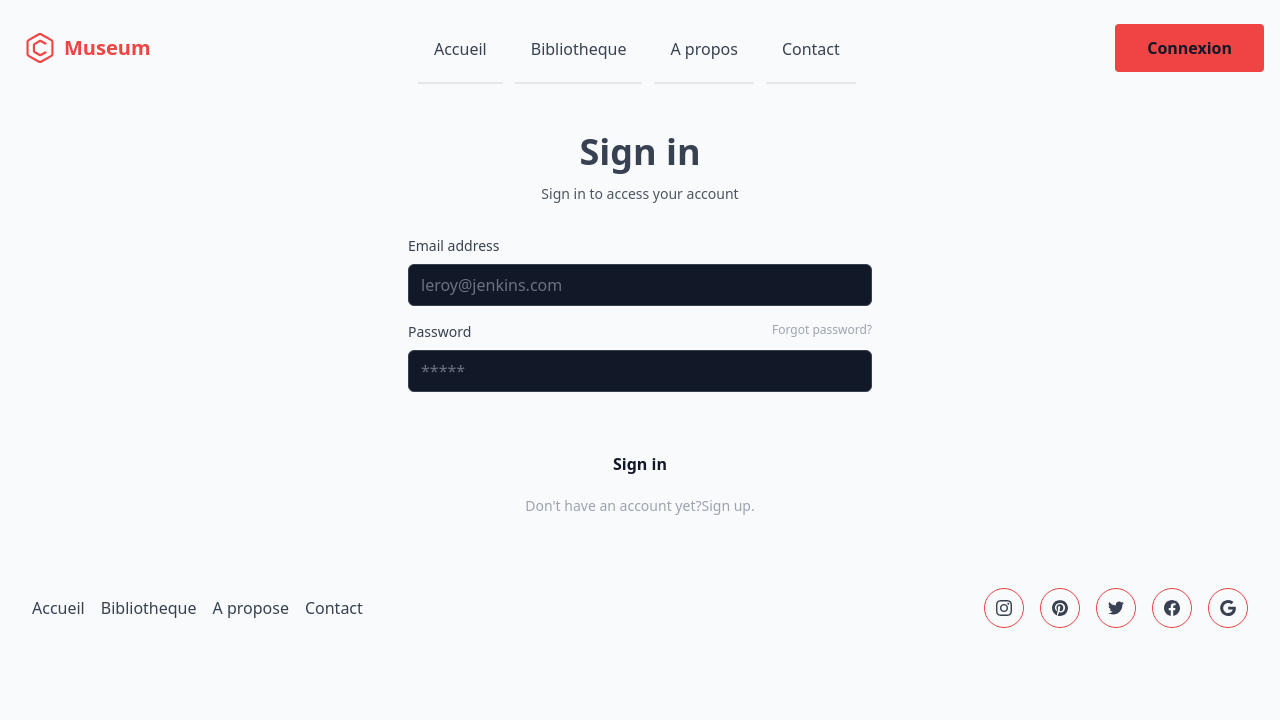
Repository: erulabs243/museum
Page: /login
An editor plug-in stored every save of this project. The page is shown before and after the next save, followed by the edit.
The browser window is 1280 px wide. The pictures show the whole page.
The project was rebuilt for these pictures with package versions that can differ from the ones it lists, and the page was loaded fresh each time. Also part of the build but not shown: vite.config.js, src/pages/admin/Home.jsx, src/pages/commons/NotFound.jsx, src/components/atoms/TagBadge.jsx, src/components/atoms/MyAudioPlayer.jsx, src/components/atoms/MyVideoPlayer.jsx, src/components/atoms/MediaCard.jsx, src/components/sections/Testimonial.jsx and 16 more.

Above is the page before, as saved 2022-08-10 18:54:54.

### index.html
<!DOCTYPE html>
<html lang="en">
  <head>
    <meta charset="UTF-8" />
    <link rel="icon" type="image/svg+xml" href="/vite.svg" />
    <link rel="stylesheet" href="src/theme/App.css">
    <meta name="viewport" content="width=device-width, initial-scale=1.0" />
    <title>Museum...</title>
  </head>
  <body class="bg-gray-50">
    <div id="root"></div>
    <script type="module" src="/src/main.jsx"></script>
  </body>
</html>

### src/App.jsx
'use strict';

import {BrowserRouter, Route, Routes} from 'react-router-dom';
import { AdminRoutes, CommonsRoutes, UserRoutes, AuthRoutes } from './routes';

const App = () => {
  return (
      <BrowserRouter>
        <Routes>
          {AuthRoutes.map(route => <Route path={route.path} key={route.path} element={route.element} />)}
          {UserRoutes.map(route => <Route path={route.path} key={route.path} element={route.element} />)}
          {AdminRoutes.map(route => <Route path={route.path} key={route.path} element={route.element} />)}
          {CommonsRoutes.map(route => <Route path={route.path} key={route.path} element={route.element} />)}
        </Routes>
      </BrowserRouter>
  );
};

export default App

### src/routes/index.jsx
'use strict';

import AdminRoutes from "./AdminRoutes";
import CommonsRoutes from "./CommonsRoutes";
import UserRoutes from "./UserRoutes";
import AuthRoutes from "./AuthRoutes";

export {UserRoutes, AdminRoutes, CommonsRoutes, AuthRoutes};

### src/routes/AdminRoutes.jsx
'use strict';

import { Home } from "../pages/admin";

const AdminRoutes = [
    {
        path: '/admin',
        element: <Home />
    }
];

export default AdminRoutes;

### src/routes/CommonsRoutes.jsx
'use strict';

import { NotFound } from '../pages/commons';

const CommonsRoutes = [
    {
        path: '*',
        element: <NotFound />
    }
];

export default CommonsRoutes;

### src/routes/UserRoutes.jsx
'use strict';

import {
    About,
    Contact,
    Gallery,
    Home,
    Library,
    Podcast,
    Story,
    Testimonials,
    Videos
} from '../pages/user';

const UserRoutes = [
    {
        path: '/',
        element: <Home />
    },
    {
        path: '/contact',
        element: <Contact />
    },
    {
        path: '/library',
        element: <Library />
    },
    {
        path: '/stories',
        element: <Testimonials />
    },
    {
        path: '/stories/:slug',
        element: <Story />
    },
    {
        path: '/gallery',
        element: <Gallery />
    },
    {
        path: '/videos',
        element: <Videos />
    },
    {
        path: '/podcast',
        element: <Podcast />
    },
    {
        path: '/about',
        element: <About />
    }
];

export default UserRoutes;

### src/routes/AuthRoutes.jsx
'use strict';

import { Login } from '../pages/auth';

const AuthRoutes = [
    {
        path: '/login',
        element: <Login />
    }
];

export default AuthRoutes;

### src/pages/admin/index.jsx
'use strict';

import Home from './Home';

export {Home};

### src/pages/commons/index.jsx
'use strict';

import NotFound from './NotFound';

export { NotFound };

### src/pages/user/index.jsx
'use strict';

import Blog from './Blog';
import Contact from './Contact';
import Gallery from './Gallery';
import Library from './Library';
import Podcast from './Podcast';
import Testimonials from './Testimonials';
import Videos from './Videos';
import Home from './Home';
import Story from './Story';
import About from './About';

export { Home, Blog, Contact, Gallery, Library, Podcast, Testimonials, Videos, Story, About };

### src/pages/auth/index.jsx
'use strict';

import Login from "./Login";

export {Login};

### src/pages/auth/Login.jsx
'use strict';

import { Navbar, Footer } from '../../components/sections';

const Login = () => {
    return (
        <main>
            <Navbar />
            <div className="flex flex-col mx-auto max-w-lg p-6 rounded-md sm:p-10 bg-gray-50 text-gray-700">
                <div className="mb-8 text-center">
                    <h1 className="my-3 text-4xl font-bold">Sign in</h1>
                    <p className="text-sm text-gray-600">Sign in to access your account</p>
                </div>
                <form
                    noValidate=""
                    action=""
                    className="space-y-12 ng-untouched ng-pristine ng-valid">
                    <div className="space-y-4">
                        <div>
                            <label htmlFor="email" className="block mb-2 text-sm">
                                Email address
                            </label>
                            <input
                                type="email"
                                name="email"
                                id="email"
                                placeholder="leroy@jenkins.com"
                                className="w-full px-3 py-2 border rounded-md border-gray-700 bg-gray-900 text-gray-100"
                            />
                        </div>
                        <div>
                            <div className="flex justify-between mb-2">
                                <label htmlFor="password" className="text-sm">
                                    Password
                                </label>
                                <a
                                    rel="noopener noreferrer"
                                    href="#"
                                    className="text-xs hover:underline text-gray-400">
                                    Forgot password?
                                </a>
                            </div>
                            <input
                                type="password"
                                name="password"
                                id="password"
                                placeholder="*****"
                                className="w-full px-3 py-2 border rounded-md border-gray-700 bg-gray-900 text-gray-100"
                            />
                        </div>
                    </div>
                    <div className="space-y-2">
                        <div>
                            <button
                                type="button"
                                className="w-full px-8 py-3 font-semibold rounded-md bg-violet-400 text-gray-900">
                                Sign in
                            </button>
                        </div>
                        <p className="px-6 text-sm text-center text-gray-400">
                            Don't have an account yet?
                            <a
                                rel="noopener noreferrer"
                                href="#"
                                className="hover:underline text-violet-400">
                                Sign up
                            </a>
                            .
                        </p>
                    </div>
                </form>
            </div>

            <Footer />
        </main>
    );
};

export default Login;

### src/components/sections/index.jsx
'use strict';

import Navbar from './Navbar';
import Footer from './Footer';
import Testimonial from './Testimonial';
import LibraryHeader from './LibraryHeader';
import Pagination from './Pagination';
import Article from './Article';
import Image from './Image';
import Modal from './Modal';

export { Navbar, Footer, Testimonial, LibraryHeader, Pagination, Article, Image, Modal };

### src/components/atoms/index.jsx
'use strict';

import NavLink from './headers/NavLink';
import Button from './headers/Button';
import TagBadge from './TagBadge';
import MyAudioPlayer from './MyAudioPlayer';
import MyVideoPlayer from './MyVideoPlayer';
import MediaCard from './MediaCard';

export { Button, NavLink, TagBadge, MyAudioPlayer, MyVideoPlayer, MediaCard };

### src/components/sections/Navbar.jsx
'use strict';

import { Button, NavLink } from '../atoms';

import { MenuAlt1Icon } from '@heroicons/react/solid';

const setActiveMenu = (menu) => {
    const urlHref = window.location.href;
    let url = urlHref;
    url = url.substring(url.lastIndexOf('/') + 1);
    if (
        urlHref.includes('stories') ||
        urlHref.includes('videos') ||
        urlHref.includes('podcast') ||
        urlHref.includes('gallery')
    )
        url = 'library';

    return menu == 'home' && url == '' ? true : url.includes(menu);
};

const Navbar = () => {
    return (
        <header className="p-4 sticky top-0 bg-gray-50 text-gray-700">
            <div className="container flex justify-between h-16 mx-auto">
                <a
                    rel="noopener noreferrer"
                    href="#"
                    aria-label="Back to homepage"
                    className="flex items-center p-2">
                    <svg
                        xmlns="http://www.w3.org/2000/svg"
                        fill="currentColor"
                        viewBox="0 0 32 32"
                        className="w-8 h-8 text-red-500">
                        <path d="M27.912 7.289l-10.324-5.961c-0.455-0.268-1.002-0.425-1.588-0.425s-1.133 0.158-1.604 0.433l0.015-0.008-10.324 5.961c-0.955 0.561-1.586 1.582-1.588 2.75v11.922c0.002 1.168 0.635 2.189 1.574 2.742l0.016 0.008 10.322 5.961c0.455 0.267 1.004 0.425 1.59 0.425 0.584 0 1.131-0.158 1.602-0.433l-0.014 0.008 10.322-5.961c0.955-0.561 1.586-1.582 1.588-2.75v-11.922c-0.002-1.168-0.633-2.189-1.573-2.742zM27.383 21.961c0 0.389-0.211 0.73-0.526 0.914l-0.004 0.002-10.324 5.961c-0.152 0.088-0.334 0.142-0.53 0.142s-0.377-0.053-0.535-0.145l0.005 0.002-10.324-5.961c-0.319-0.186-0.529-0.527-0.529-0.916v-11.922c0-0.389 0.211-0.73 0.526-0.914l0.004-0.002 10.324-5.961c0.152-0.090 0.334-0.143 0.53-0.143s0.377 0.053 0.535 0.144l-0.006-0.002 10.324 5.961c0.319 0.185 0.529 0.527 0.529 0.916z"></path>
                        <path d="M22.094 19.451h-0.758c-0.188 0-0.363 0.049-0.515 0.135l0.006-0.004-4.574 2.512-5.282-3.049v-6.082l5.282-3.051 4.576 2.504c0.146 0.082 0.323 0.131 0.508 0.131h0.758c0.293 0 0.529-0.239 0.529-0.531v-0.716c0-0.2-0.11-0.373-0.271-0.463l-0.004-0.002-5.078-2.777c-0.293-0.164-0.645-0.26-1.015-0.26-0.39 0-0.756 0.106-1.070 0.289l0.010-0.006-5.281 3.049c-0.636 0.375-1.056 1.055-1.059 1.834v6.082c0 0.779 0.422 1.461 1.049 1.828l0.009 0.006 5.281 3.049c0.305 0.178 0.67 0.284 1.061 0.284 0.373 0 0.723-0.098 1.027-0.265l-0.012 0.006 5.080-2.787c0.166-0.091 0.276-0.265 0.276-0.465v-0.716c0-0.293-0.238-0.529-0.529-0.529z"></path>
                    </svg>
                    <span className="ml-2 text-xl font-semibold text-red-500">Museum</span>
                </a>
                <div className="absolute right-7 self-center lg:hidden">
                    <MenuAlt1Icon className="peer sticky w-7 h-7 text-gray-700 hover:text-red-500 hover:cursor-pointer" />
                    <ul className="peer-hover:flex items-stretch space-x-3 lg:hidden">
                        <li className="flex">
                            <NavLink
                                link={{ name: 'Accueil', path: '', active: setActiveMenu('home') }}
                            />
                        </li>
                        <li className="flex">
                            <NavLink
                                link={{
                                    name: 'Bibliotheque',
                                    path: 'stories',
                                    active: setActiveMenu('library')
                                }}
                            />
                        </li>
                        <li className="flex">
                            <NavLink
                                link={{
                                    name: 'A propos',
                                    path: 'about',
                                    active: setActiveMenu('about')
                                }}
                            />
                        </li>
                        <li className="flex">
                            <NavLink
                                link={{
                                    name: 'Contact',
                                    path: 'contact',
                                    active: setActiveMenu('contact')
                                }}
                            />
                        </li>
                    </ul>
                </div>
                <ul className="items-stretch hidden space-x-3 lg:flex">
                    <li className="flex">
                        <NavLink
                            link={{ name: 'Accueil', path: '', active: setActiveMenu('home') }}
                        />
                    </li>
                    <li className="flex">
                        <NavLink
                            link={{
                                name: 'Bibliotheque',
                                path: 'stories',
                                active: setActiveMenu('library')
                            }}
                        />
                    </li>
                    <li className="flex">
                        <NavLink
                            link={{
                                name: 'A propos',
                                path: 'about',
                                active: setActiveMenu('about')
                            }}
                        />
                    </li>
                    <li className="flex">
                        <NavLink
                            link={{
                                name: 'Contact',
                                path: 'contact',
                                active: setActiveMenu('contact')
                            }}
                        />
                    </li>
                </ul>
                <div className="items-center flex-shrink-0 hidden lg:flex">
                    {/* <button className="self-center px-8 py-3 rounded">Sign in</button> */}
                    <Button link={{ name: 'Connexion', path: 'login' }} />
                </div>
                <button className="p-4 lg:hidden">
                    <svg
                        xmlns="http://www.w3.org/2000/svg"
                        fill="none"
                        viewBox="0 0 24 24"
                        stroke="currentColor"
                        className="w-6 h-6 text-gray-100">
                        <path
                            strokeLinecap="round"
                            strokeLinejoin="round"
                            strokeWidth="2"
                            d="M4 6h16M4 12h16M4 18h16"></path>
                    </svg>
                </button>
            </div>
        </header>
    );
};

export default Navbar;

### src/components/atoms/headers/NavLink.jsx
'use strict';

import { Link } from 'react-router-dom';

const NavLink = ({ link = {} }) => {
  return (
    <Link
      rel="noopener noreferrer"
      to={`/${link.path}`}
      className={
        link.active
          ? 'flex items-center px-4 -mb-1 border-b-2 dark:border-transparent dark:text-red-500 dark:border-red-500'
          : 'flex items-center px-4 -mb-1 border-b-2 dark:border-transparent'
      }>
      {link.name}
    </Link>
  );
};

export default NavLink;

### src/components/atoms/headers/Button.jsx
'use strict';

import PropTypes from 'prop-types';
import { Link } from 'react-router-dom';

const Button = ({ link = {} }) => {
    return (
        <Link
            to={`/${link.path}`}
            className="self-center px-8 py-3 font-semibold rounded bg-red-500 text-gray-900">
            {link.name}
        </Link>
    );
};

Button.propTypes = {
    link: PropTypes.object.isRequired
};

export default Button;

Loaded but not shown: src/main.jsx (common file); src/theme/App.css (2450 lines, source omitted); src/components/sections/Footer.jsx (105 lines, source omitted)

After the next save:
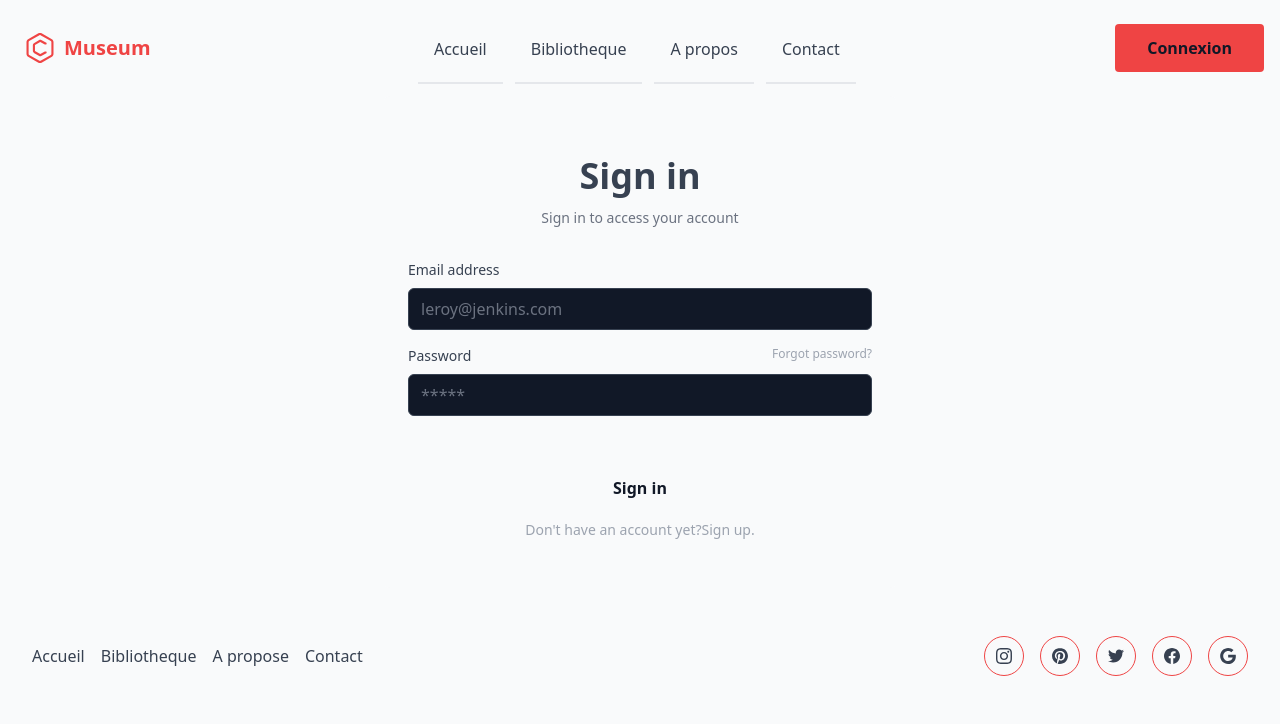
Saved 14 s later.
--- a/src/pages/auth/Login.jsx
+++ b/src/pages/auth/Login.jsx
@@ -6,10 +6,10 @@ const Login = () => {
     return (
         <main>
             <Navbar />
-            <div className="flex flex-col mx-auto max-w-lg p-6 rounded-md sm:p-10 bg-gray-50 text-gray-700">
+            <div className="flex flex-col mx-auto max-w-lg p-6 py-12 rounded-md sm:p-10 bg-gray-50 text-gray-700">
                 <div className="mb-8 text-center">
                     <h1 className="my-3 text-4xl font-bold">Sign in</h1>
-                    <p className="text-sm text-gray-600">Sign in to access your account</p>
+                    <p className="text-sm text-gray-500">Sign in to access your account</p>
                 </div>
                 <form
                     noValidate=""
